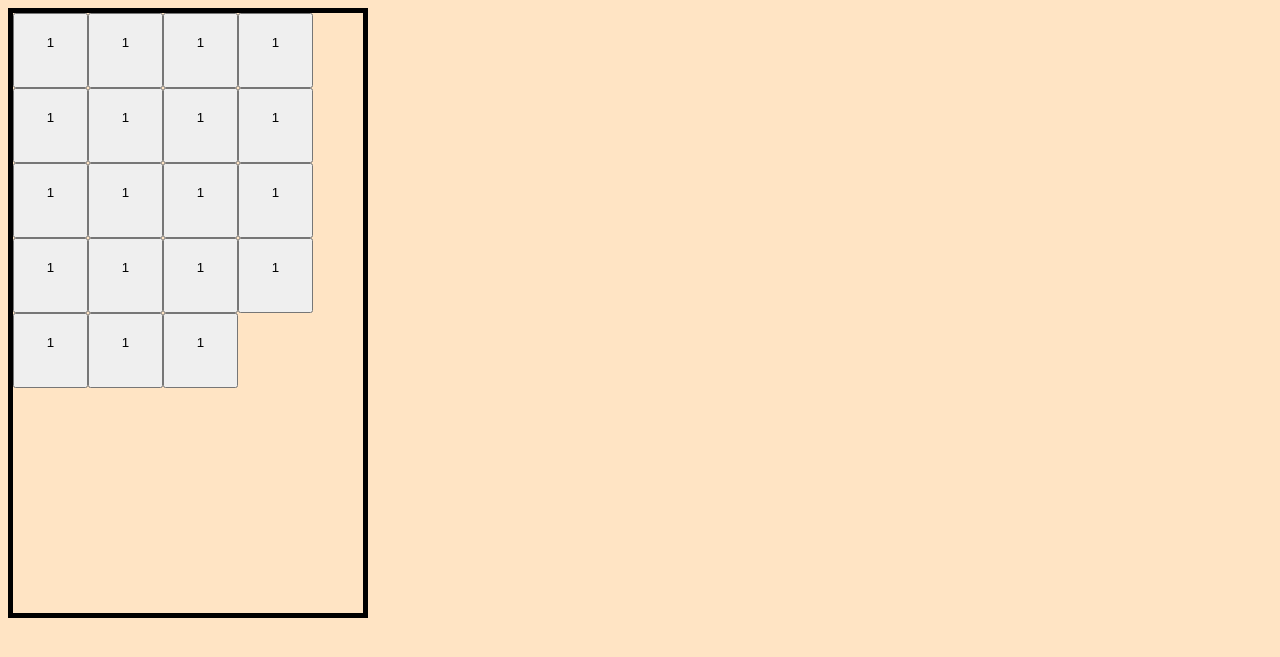
Repository: noahcallen/LAB-calculator
Page: index.html
These files come from the project's save history. The page is drawn as it stood at one moment and after the next save; the edit follows.
The browser window is 1280 px wide. The pictures show the whole page.

Above is the page before, as saved 2024-07-10 18:52:28.

### index.html
<!DOCTYPE html>
<html lang="en">
<head>
  <meta charset="UTF-8">
  <meta name="viewport" content="width=device-width, initial-scale=1.0">
  <title>Document</title>
  <link rel="stylesheet" href="main.css">
  <meta name="viewport" content="width=device-width, initial-scale=1">
</head>
<body>
  <div class="container">
    <div class="row">
      <div class="col">
        <button type="button" class="btn btn-primary">1</button>
      </div>
      <div class="col">
        <button type="button" class="btn btn-primary">1</button>
      </div>
      <div class="col">
        <button type="button" class="btn btn-primary">1</button>
      </div>
      <div class="col">
        <button type="button" class="btn btn-primary">1</button>
      </div>
      <div class="col">
        <button type="button" class="btn btn-primary">1</button>
      </div>
      <div class="col">
        <button type="button" class="btn btn-primary">1</button>
      </div>
      <div class="col">
        <button type="button" class="btn btn-primary">1</button>
      </div>
      <div class="col">
        <button type="button" class="btn btn-primary">1</button>
      </div>
      <div class="col">
        <button type="button" class="btn btn-primary">1</button>
      </div>
      <div class="col">
        <button type="button" class="btn btn-primary">1</button>
      </div>
      <div class="col">
        <button type="button" class="btn btn-primary">1</button>
      </div>
      <div class="col">
        <button type="button" class="btn btn-primary">1</button>
      </div>
      <div class="col">
        <button type="button" class="btn btn-primary">1</button>
      </div>
      <div class="col">
        <button type="button" class="btn btn-primary">1</button>
      </div>
      <div class="col">
        <button type="button" class="btn btn-primary">1</button>
      </div>
      <div class="col">
        <button type="button" class="btn btn-primary">1</button>
      </div>
      <div class="col">
        <button type="button" class="btn btn-primary">1</button>
      </div>
      <div class="col">
        <button type="button" class="btn btn-primary">1</button>
      </div>
      <div class="col">
        <button type="button" class="btn btn-primary">1</button>
      </div>
  </div>

  </div>



  <script src="main.js"></script>
  <!-- import js bootstrap -->
  <script src="https://cdn.jsdelivr.net/npm/bootstrap@5.3.3/dist/js/bootstrap.bundle.min.js" integrity="sha384-YvpcrYf0tY3lHB60NNkmXc5s9fDVZLESaAA55NDzOxhy9GkcIdslK1eN7N6jIeHz" crossorigin="anonymous"></script>
</body>
</html>

### main.css
body {
  background-color: bisque;
}

.container {
  /* display: flex;
  justify-content: center; */
  border: solid 5px black;
  height: 600px;
  width: 350px;
}

.btn-primary {
  display: flex;
  flex-wrap: wrap;
  justify-content: space-evenly;
  height: 75px;
  width: 75px;
  padding: 20px;
}

.row {
  display: flex;
  flex-wrap: wrap;
}

Loaded but not shown: main.js (no stored copy; drawn as an empty file)

After the next save:
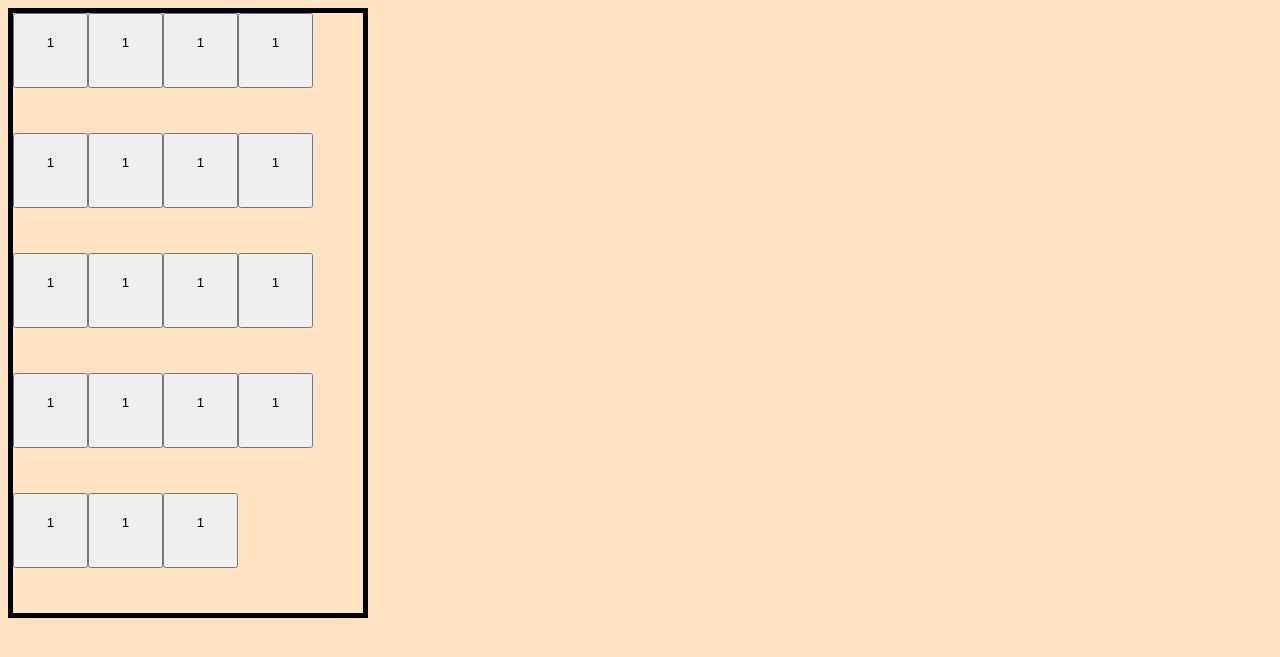
Saved 27 s later.
--- a/main.css
+++ b/main.css
@@ -3,8 +3,8 @@
 }
 
 .container {
-  /* display: flex;
-  justify-content: center; */
+  display: flex;
+  justify-content:space-evenly;
   border: solid 5px black;
   height: 600px;
   width: 350px;

After the 5 saves that followed:
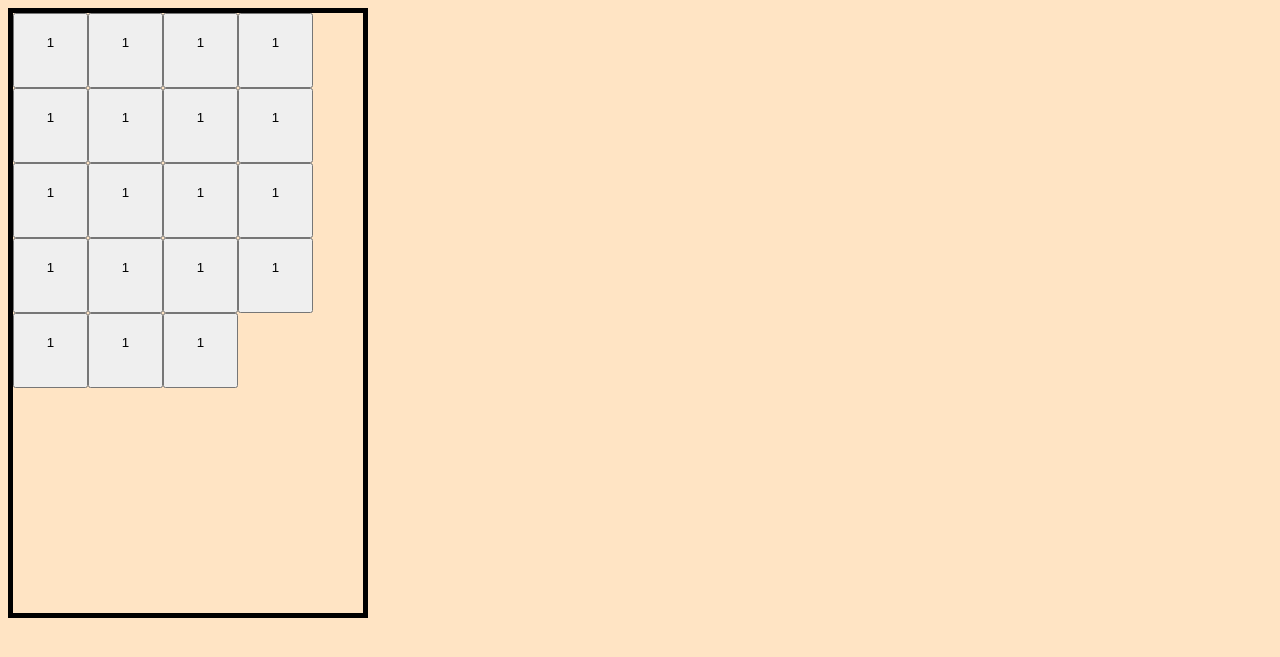
The 5 saves are shown as one change because 4 left the picture as it was.
The last was saved 96 s later.
--- a/main.css
+++ b/main.css
@@ -3,8 +3,8 @@
 }
 
 .container {
-  display: flex;
-  justify-content:space-evenly;
+  /* display: flex; */
+  /* justify-content: space-around; */
   border: solid 5px black;
   height: 600px;
   width: 350px;
